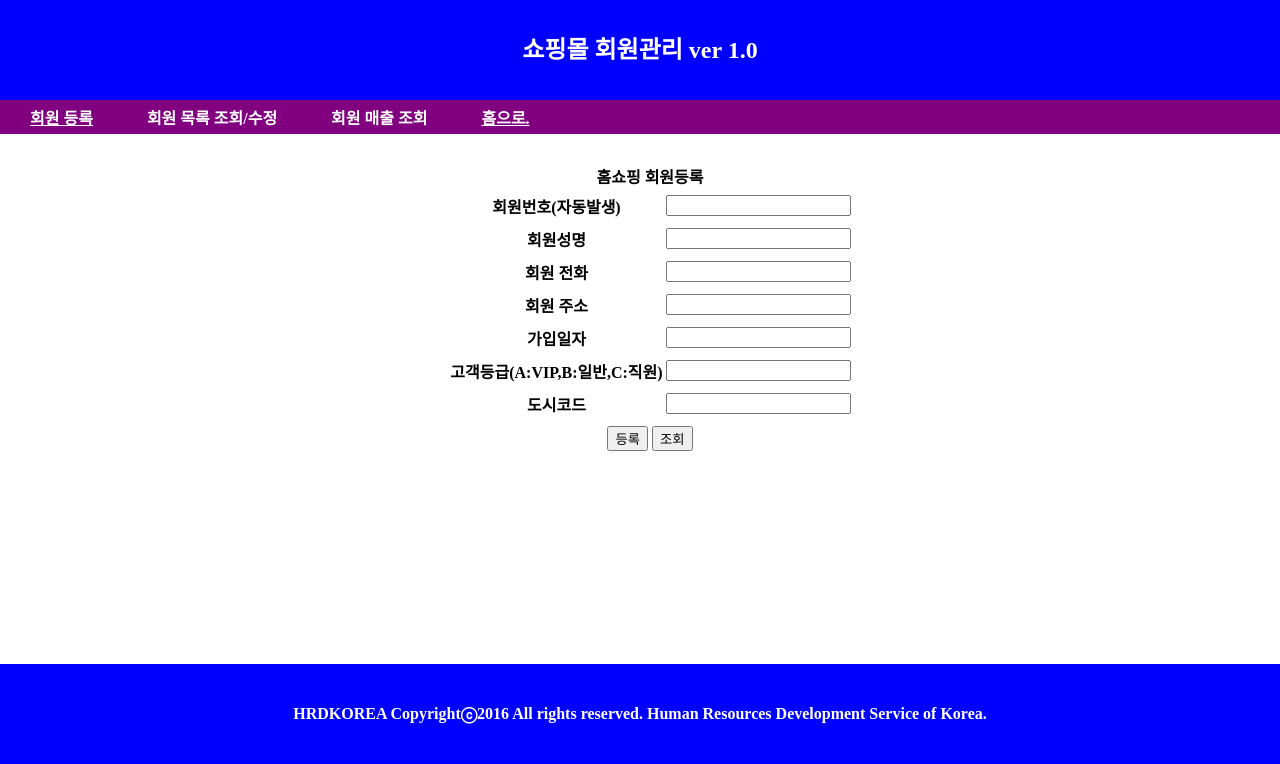
Repository: brightjy/Today-what-I-practiced
Page: http://localhost/HRD_900108/member/memberRegisterView.jsp
The author's editor kept a copy of each file at every save. The page is drawn from the files as they stood at one save, then again after the next save.
The browser window is 1280 px wide. The pictures show the whole page.
The page is served by Tomcat 9.

Above is the page before, as saved 2020-05-09 17:03:50.

After the next save:
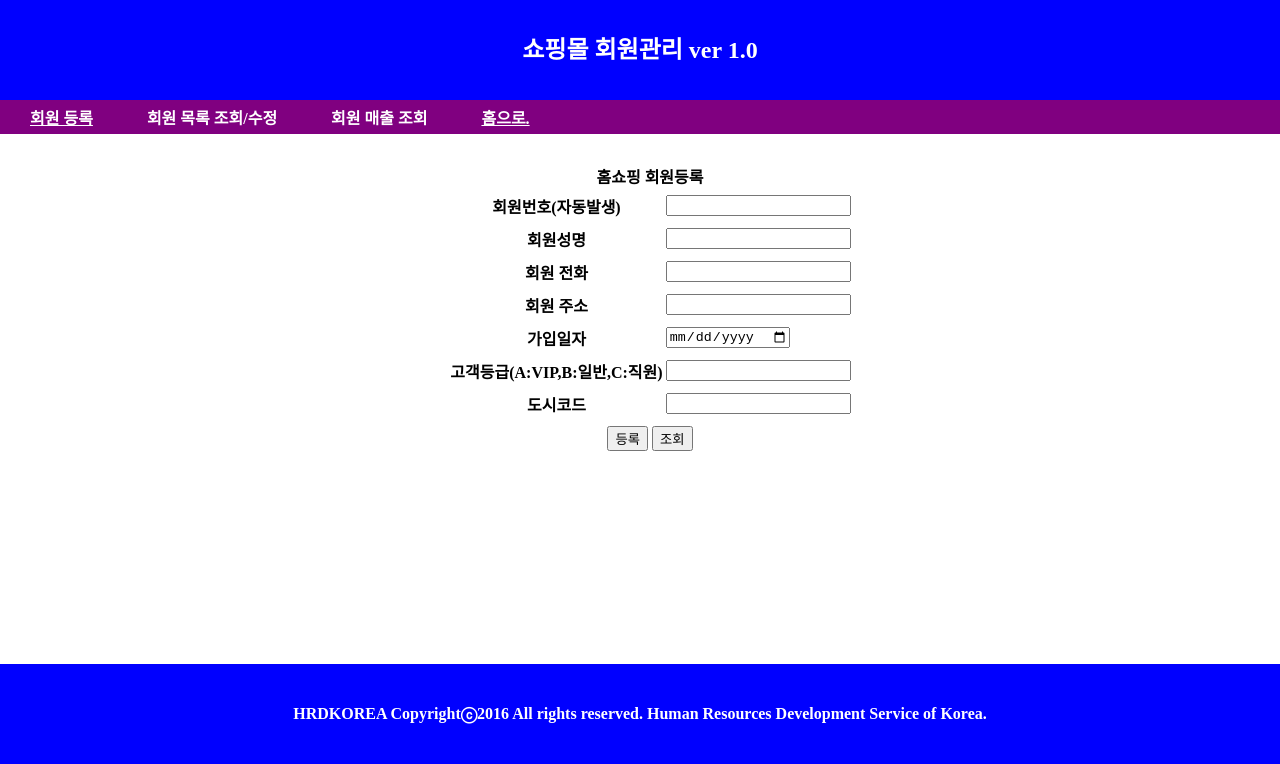
Saved 95 s later.
--- a/hrdkorea_0509/HRD_900108/WebContent/member/memberRegisterView.jsp
+++ b/hrdkorea_0509/HRD_900108/WebContent/member/memberRegisterView.jsp
@@ -110,7 +110,7 @@
 						가입일자
 					</th>
 					<td>
-						<input type="text" name="joindate">
+						<input type="date" name="joindate">
 					</td>
 				</tr>
 				<tr>
